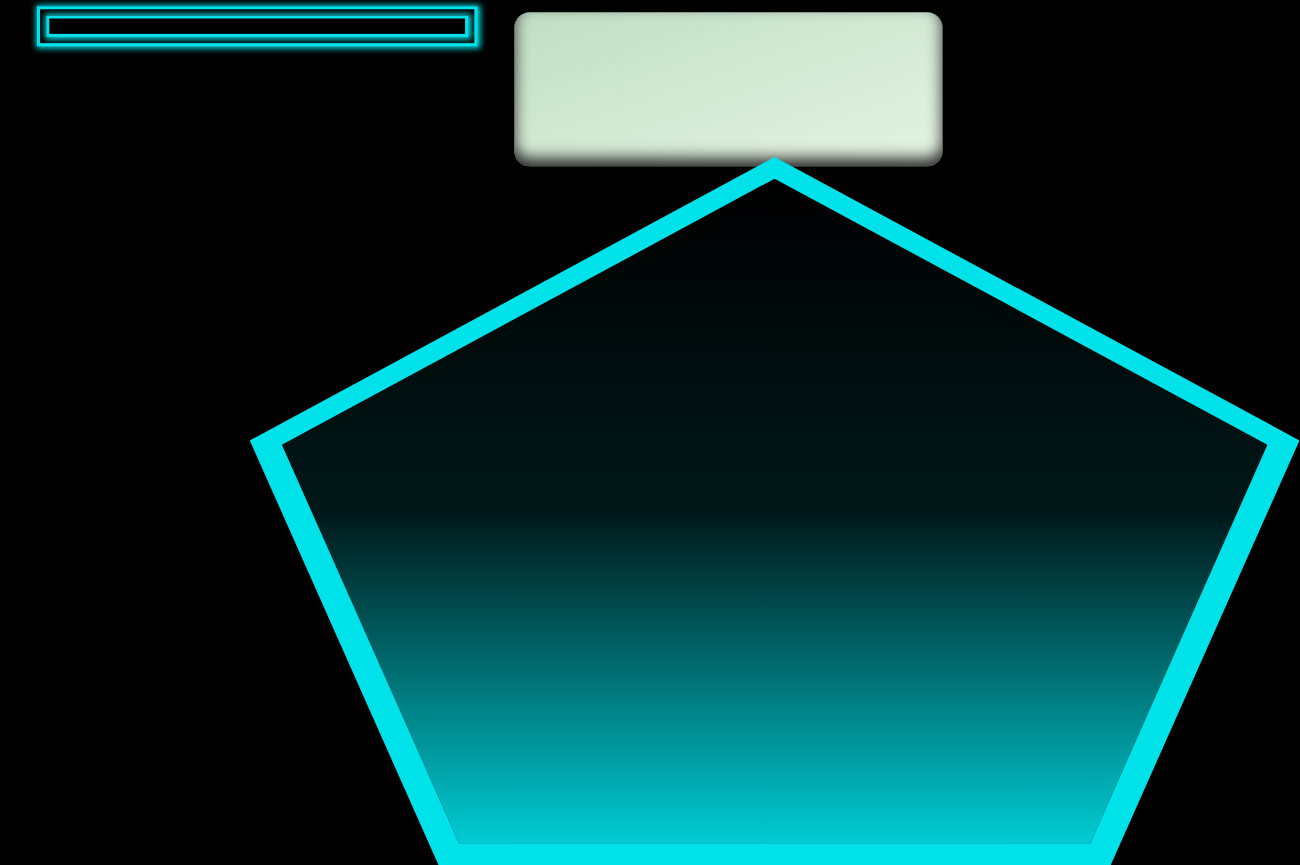
Repository: KhangNguyen3006/WebUI-UX
Page: /
The author's editor kept a copy of each file at every save. The page is drawn from the files as they stood at one save, then again after a run of saves.
The browser window is 1280 px wide. The page is 1688 px wide, then 1682 px, so the pictures cover 1688 px, including what lies to the right of the window. The pictures show the whole page, at 77% of full size.
The project was rebuilt for these pictures with package versions that can differ from the ones it lists, and the page was loaded fresh each time. Also part of the build but not shown: src/App.css.

Above is the page before, as saved 2023-05-04 02:38:04.

After the next 2 saves:
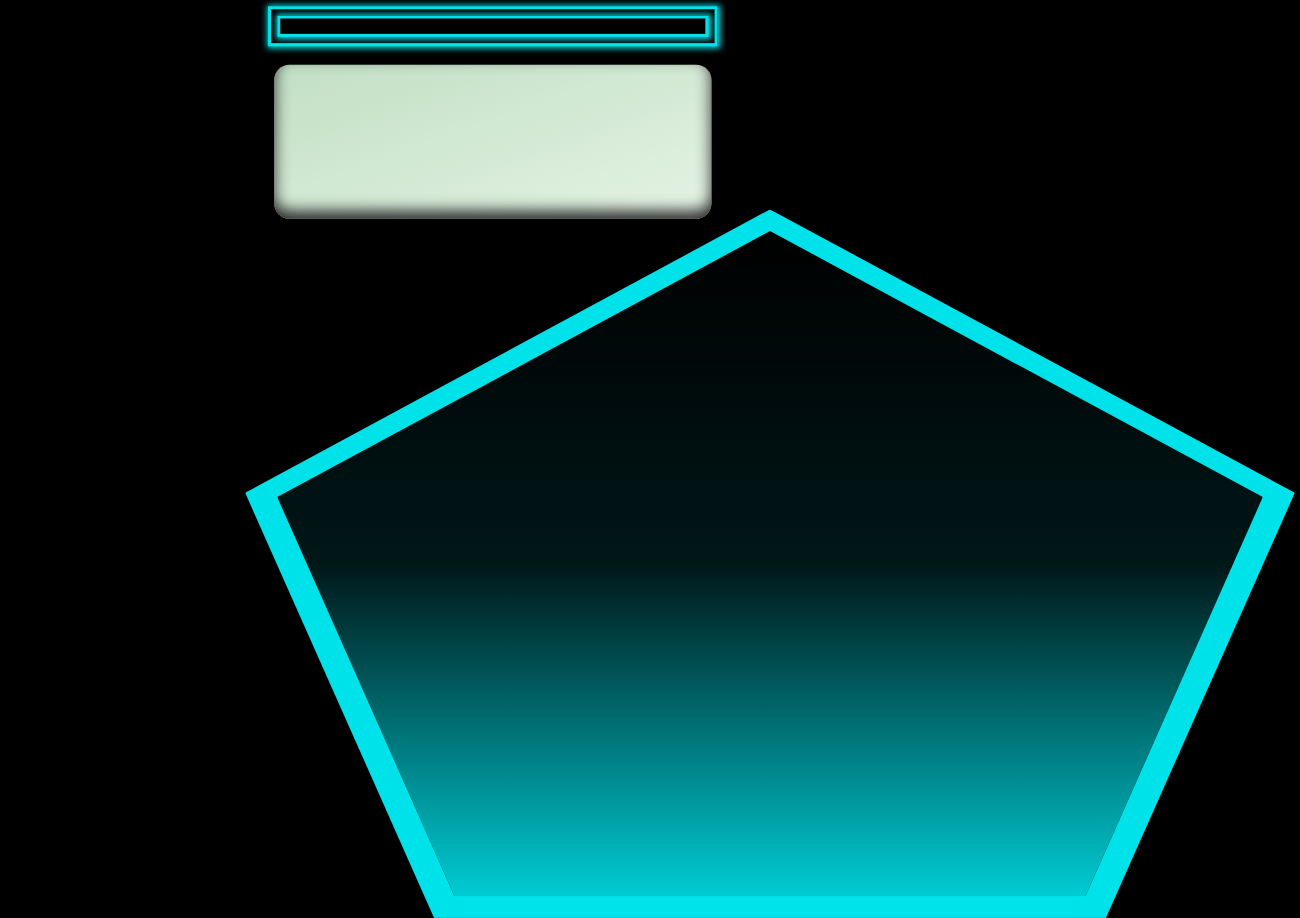
The 2 saves are shown as one change because they came seconds apart.
The last was saved 5 s later.
--- a/src/components/home/Home.jsx
+++ b/src/components/home/Home.jsx
@@ -5,25 +5,23 @@ class Home extends Component {
     render() {
         return (
             <div className='w-1200 d-flex flex-column'>
-                <Row  >
 
-                    <Col sm={6}>
-                        <div className="rectangle p-2 m-2">
-                            <div className="rectangle-mini">
-                            </div>
+
+                <Col sm={6}>
+                    <div className="rectangle p-2 m-2">
+                        <div className="rectangle-mini">
                         </div>
-                    </Col>
-                    <Col sm={6}>
-                        <div className="rectangle-linear-gradient p-2 m-3">
-                        </div>
-                    </Col>
+                    </div>
+                </Col>
+                <Col sm={6}>
+                    <div className="rectangle-linear-gradient p-2 m-3">
+                    </div>
+                </Col>
 
-                    <Col sm={6}>
-                        <div className="pentagon-main">
-                        </div>
-                    </Col>
-
-                </Row>
+                <Col sm={6}>
+                    <div className="pentagon-main">
+                    </div>
+                </Col>
             </div>
         )
     }
